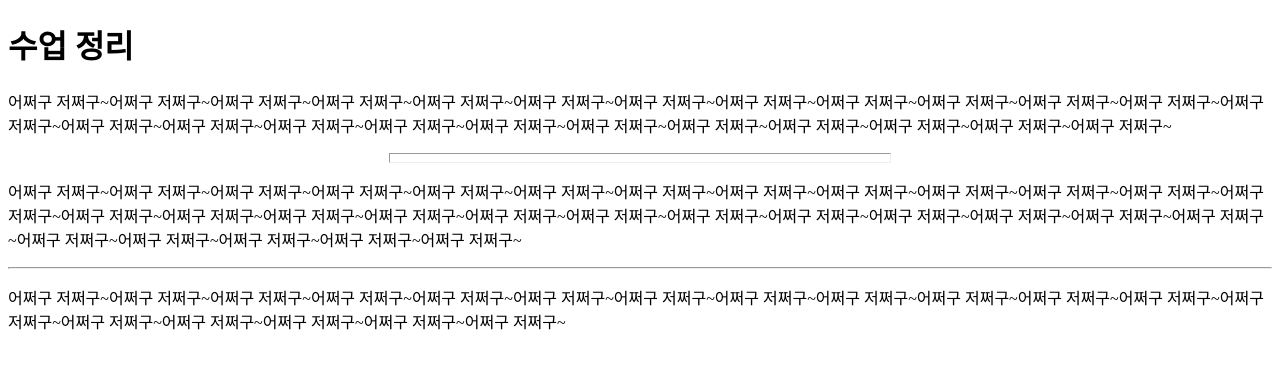
Repository: chanjin5212/Full-Stack-study
Page: client/ClientTest/src/main/webapp/html/ex08_hr.html
The author's editor kept a copy of each file at every save. The page is drawn from the files as they stood at one save, then again after the next save.
The browser window is 1280 px wide. The pictures show the whole page.

Above is the page before, as saved 2022-05-24 00:18:02.

### client/ClientTest/src/main/webapp/html/ex08_hr.html
<!DOCTYPE html>
<html>
<head>
<meta charset="UTF-8">
<title>Insert title here</title>
</head>
<body>
	<!-- ex08_hr.html -->

	<!--

		<hr>, Horizontal Rule
		- 수평바, 구분자
		- 문단과 문단을 구분하는 역할
		- 콘텐츠와 콘텐츠와 구분하는 역할
		- 단독태그


		<hr> 속성
		1. size: 선의 두께
		2. width: 선의 너비


		HTML 속성 유형
		1. 숫자(단위 없음)
			a. 픽셀(px) > 화소 > 화상(이미지)을 구성하는 최소 단위 > 단일 색상을 가지는 점 1개 1920 x 1080
			b. 글자수
		2. 숫자(단위: %)
			- 100%의 기준이 누구인지?
			- 부모 태그 영역을 100으로 하는 상대 단위


	-->

	<h1>수업 정리</h1>
	<p>어쩌구 저쩌구~어쩌구 저쩌구~어쩌구 저쩌구~어쩌구 저쩌구~어쩌구 저쩌구~어쩌구 저쩌구~어쩌구 저쩌구~어쩌구 저쩌구~어쩌구 저쩌구~어쩌구 저쩌구~어쩌구 저쩌구~어쩌구 저쩌구~어쩌구 저쩌구~어쩌구 저쩌구~어쩌구 저쩌구~어쩌구 저쩌구~어쩌구 저쩌구~어쩌구 저쩌구~어쩌구 저쩌구~어쩌구 저쩌구~어쩌구 저쩌구~어쩌구 저쩌구~어쩌구 저쩌구~어쩌구 저쩌구~</p>

	<hr size="10" width="500">

	<p>어쩌구 저쩌구~어쩌구 저쩌구~어쩌구 저쩌구~어쩌구 저쩌구~어쩌구 저쩌구~어쩌구 저쩌구~어쩌구 저쩌구~어쩌구 저쩌구~어쩌구 저쩌구~어쩌구 저쩌구~어쩌구 저쩌구~어쩌구 저쩌구~어쩌구 저쩌구~어쩌구 저쩌구~어쩌구 저쩌구~어쩌구 저쩌구~어쩌구 저쩌구~어쩌구 저쩌구~어쩌구 저쩌구~어쩌구 저쩌구~어쩌구 저쩌구~어쩌구 저쩌구~어쩌구 저쩌구~어쩌구 저쩌구~어쩌구 저쩌구~어쩌구 저쩌구~어쩌구 저쩌구~어쩌구 저쩌구~어쩌구 저쩌구~어쩌구 저쩌구~</p>
	<hr>
	<p>어쩌구 저쩌구~어쩌구 저쩌구~어쩌구 저쩌구~어쩌구 저쩌구~어쩌구 저쩌구~어쩌구 저쩌구~어쩌구 저쩌구~어쩌구 저쩌구~어쩌구 저쩌구~어쩌구 저쩌구~어쩌구 저쩌구~어쩌구 저쩌구~어쩌구 저쩌구~어쩌구 저쩌구~어쩌구 저쩌구~어쩌구 저쩌구~어쩌구 저쩌구~어쩌구 저쩌구~</p>

</body>
</html>

After the next save:
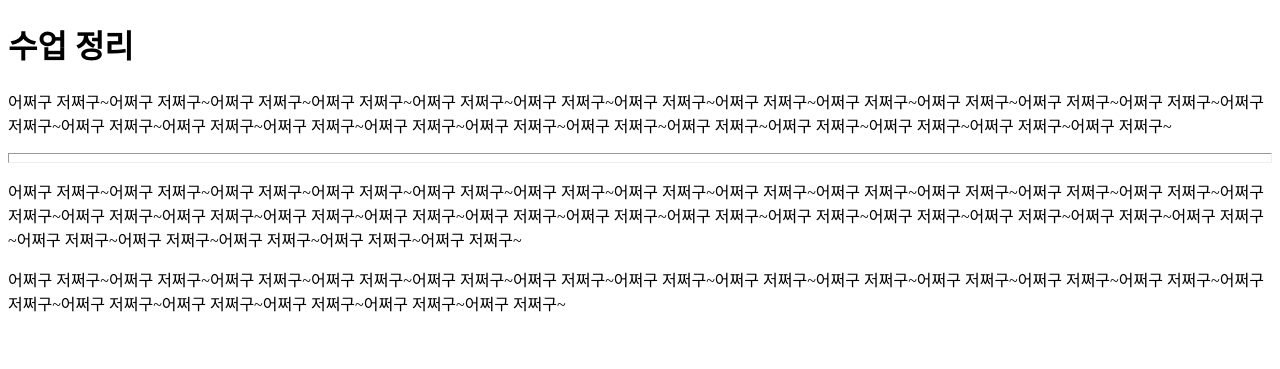
Saved 8 min 48 s later.
--- a/client/ClientTest/src/main/webapp/html/ex08_hr.html
+++ b/client/ClientTest/src/main/webapp/html/ex08_hr.html
@@ -18,7 +18,8 @@
 
 		<hr> 속성
 		1. size: 선의 두께
-		2. width: 선의 너비
+		2. width: 선의 너비(픽셀-절대크기, %-상대크기)
+		3. align: 수평 정렬
 
 
 		HTML 속성 유형
@@ -30,15 +31,16 @@
 			- 부모 태그 영역을 100으로 하는 상대 단위
 
 
+
+
 	-->
 
 	<h1>수업 정리</h1>
 	<p>어쩌구 저쩌구~어쩌구 저쩌구~어쩌구 저쩌구~어쩌구 저쩌구~어쩌구 저쩌구~어쩌구 저쩌구~어쩌구 저쩌구~어쩌구 저쩌구~어쩌구 저쩌구~어쩌구 저쩌구~어쩌구 저쩌구~어쩌구 저쩌구~어쩌구 저쩌구~어쩌구 저쩌구~어쩌구 저쩌구~어쩌구 저쩌구~어쩌구 저쩌구~어쩌구 저쩌구~어쩌구 저쩌구~어쩌구 저쩌구~어쩌구 저쩌구~어쩌구 저쩌구~어쩌구 저쩌구~어쩌구 저쩌구~</p>
 
-	<hr size="10" width="500">
+	<hr size="10" align="left">
 
 	<p>어쩌구 저쩌구~어쩌구 저쩌구~어쩌구 저쩌구~어쩌구 저쩌구~어쩌구 저쩌구~어쩌구 저쩌구~어쩌구 저쩌구~어쩌구 저쩌구~어쩌구 저쩌구~어쩌구 저쩌구~어쩌구 저쩌구~어쩌구 저쩌구~어쩌구 저쩌구~어쩌구 저쩌구~어쩌구 저쩌구~어쩌구 저쩌구~어쩌구 저쩌구~어쩌구 저쩌구~어쩌구 저쩌구~어쩌구 저쩌구~어쩌구 저쩌구~어쩌구 저쩌구~어쩌구 저쩌구~어쩌구 저쩌구~어쩌구 저쩌구~어쩌구 저쩌구~어쩌구 저쩌구~어쩌구 저쩌구~어쩌구 저쩌구~어쩌구 저쩌구~</p>
-	<hr>
 	<p>어쩌구 저쩌구~어쩌구 저쩌구~어쩌구 저쩌구~어쩌구 저쩌구~어쩌구 저쩌구~어쩌구 저쩌구~어쩌구 저쩌구~어쩌구 저쩌구~어쩌구 저쩌구~어쩌구 저쩌구~어쩌구 저쩌구~어쩌구 저쩌구~어쩌구 저쩌구~어쩌구 저쩌구~어쩌구 저쩌구~어쩌구 저쩌구~어쩌구 저쩌구~어쩌구 저쩌구~</p>
 
 </body>
